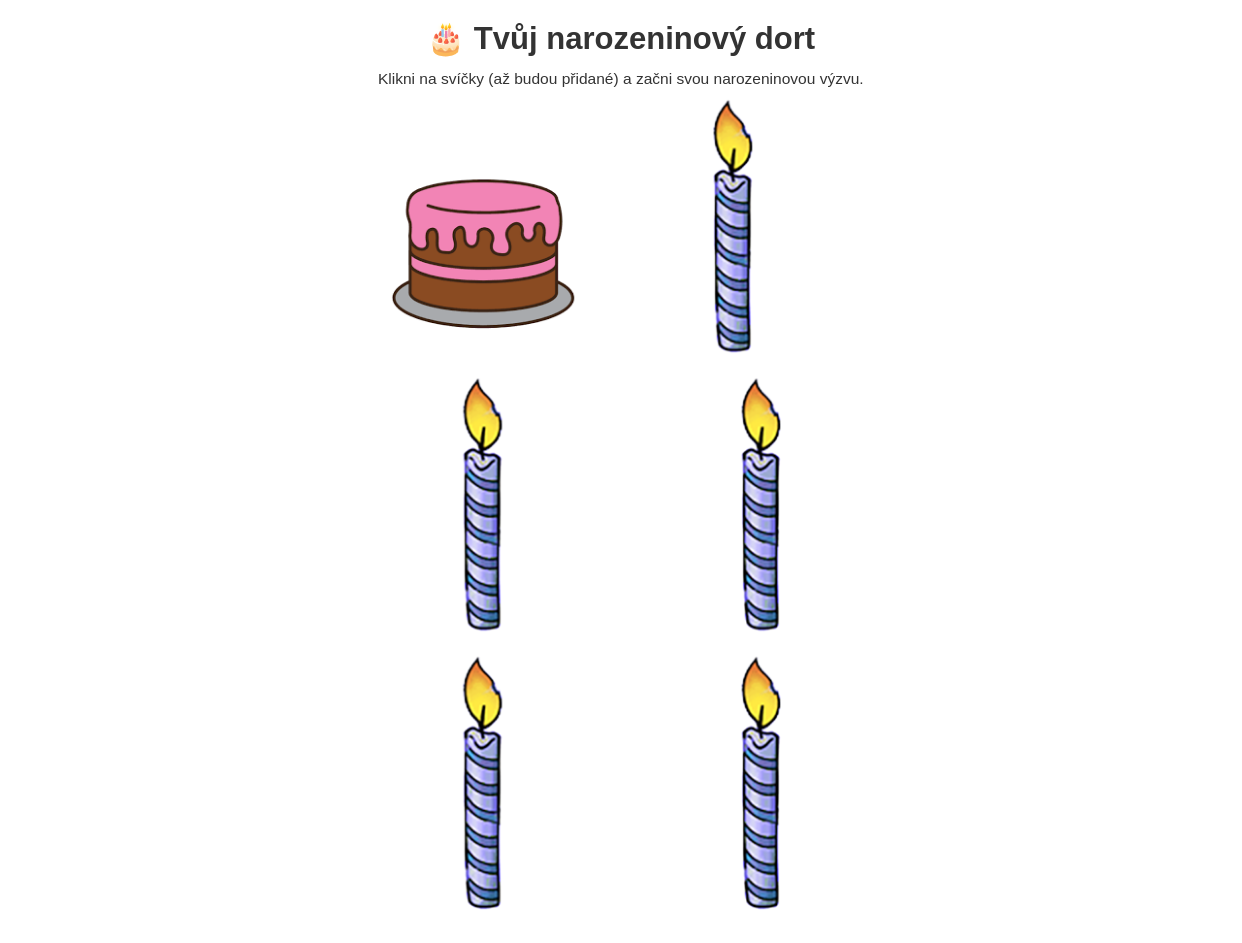
Repository: DanielMicka/darek
Page: html/cake.html
An editor plug-in stored every save of this project. The page is shown before and after the next save, followed by the edit.
The browser window is 1280 px wide. The pictures show the whole page, at 97% of full size.

Above is the page before, as saved 2026-06-13 19:11:34.

### html/cake.html
<!DOCTYPE html>
<html lang="cs">

<head>
    <meta charset="UTF-8">
    <title>Dort 🎂</title>
    <link rel="stylesheet" href="styles.css">
</head>

<body>

    <div class="container fade">

        <h2>🎂 Tvůj narozeninový dort</h2>

        <p>Klikni na svíčky (až budou přidané) a začni svou narozeninovou výzvu.</p>

        <div class="cake-wrapper">
            <img src="/cake.png" class="cake">

            <!-- Svíčka 1 -->
            <img src="/svíčka_ende.png" class="candle c1" data-id="1">

            <!-- Svíčka 2 -->
            <img src="/svíčka_ende.png" class="candle c2" data-id="2">

            <!-- Svíčka 3 -->
            <img src="/svíčka_ende.png" class="candle c3" data-id="3">

            <!-- Svíčka 4 -->
            <img src="/svíčka_ende.png" class="candle c4" data-id="4">

            <!-- Svíčka 5 -->
            <img src="/svíčka_ende.png" class="candle c5" data-id="5">
        </div>


    </div>

</body>

</html>

### html/styles.css
/* Reset */
* {
    margin: 0;
    padding: 0;
    box-sizing: border-box;
}

body {
    font-family: "Poppins", sans-serif;
    background: white;
    color: #333;
    display: flex;
    justify-content: center;
    align-items: center;
    min-height: 100vh; /* vždy na střed */
    text-align: center;
    padding: 20px;
}

/* Kontejner pro obsah */
.container {
    max-width: 700px;
    width: 100%;
}

/* Obrázky */
img {
    max-width: 100%;
    height: auto;
}

/* Tlačítko */
.btn {
    margin-top: 35px;
    padding: 15px 35px;
    font-size: 1.2rem;
    border: none;
    border-radius: 30px;
    background: #4aa3ff;
    color: white;
    cursor: pointer;
    transition: 0.3s;
}

.btn:hover {
    background: #1f8bff;
    transform: scale(1.05);
}

/* Nadpisy */
h1 {
    font-size: 2.6rem;
    margin-bottom: 15px;
}

h2 {
    font-size: 2rem;
    margin-bottom: 15px;
}

/* Animace */
@keyframes fadeIn {
    from { opacity: 0; transform: translateY(20px); }
    to   { opacity: 1; transform: translateY(0); }
}

.fade {
    animation: fadeIn 1.2s ease;
}

After the next save:
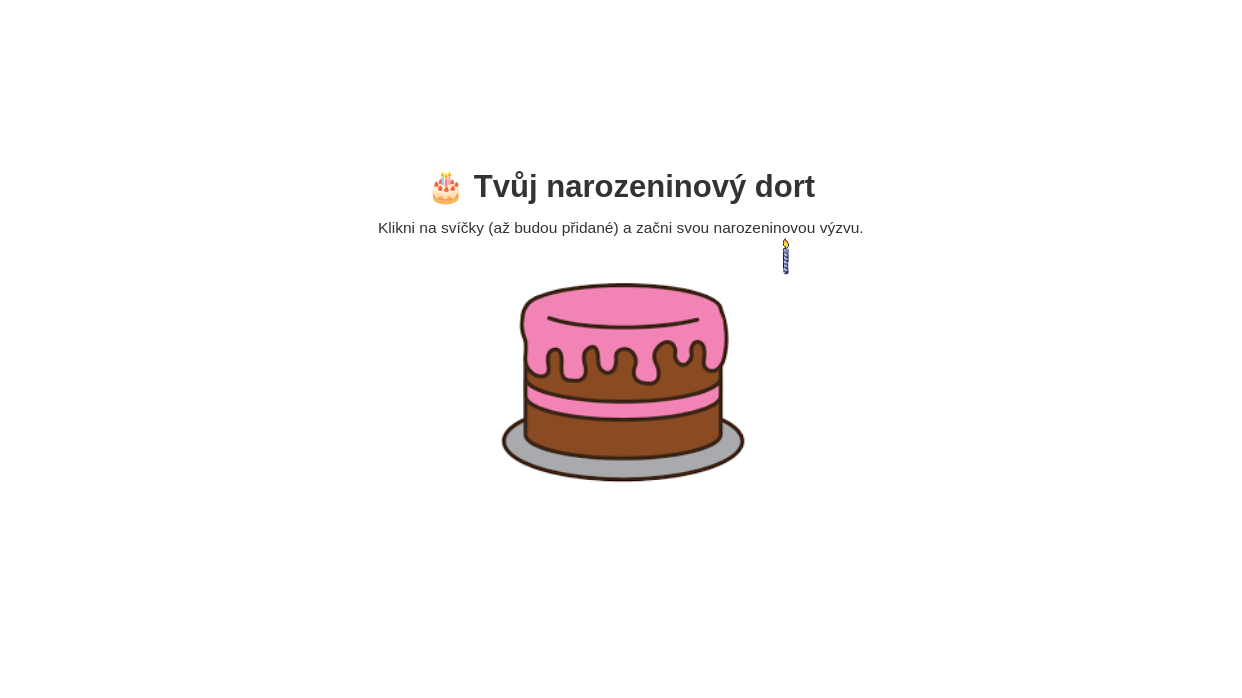
Saved 55 s later.
--- a/html/styles.css
+++ b/html/styles.css
@@ -67,3 +67,18 @@
 .fade {
     animation: fadeIn 1.2s ease;
 }
+.cake-wrapper {
+    position: relative;
+    display: inline-block;
+}
+
+.cake {
+    width: 300px;
+}
+
+/* Všechny svíčky */
+.candle {
+    position: absolute;
+    width: 40px; /* upravíš podle obrázku */
+    cursor: pointer;
+}
